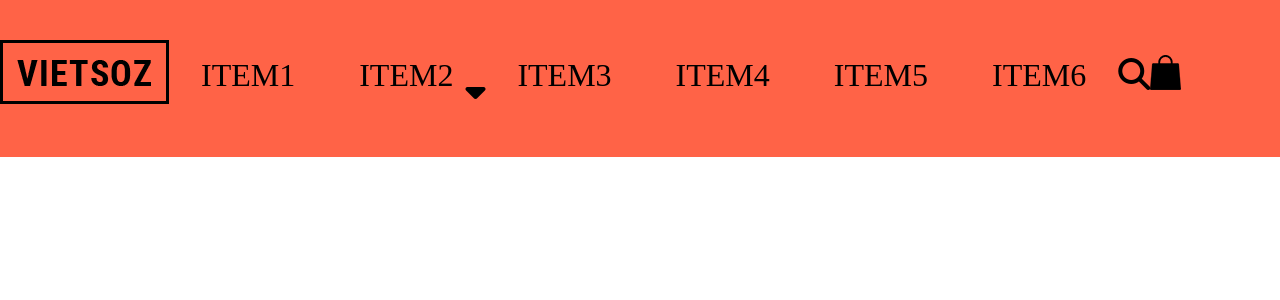
Repository: Kienroro2003/Kienroro-Miscellaneous
Page: UNITOP/front-end/project/vietsoz/header.html
The author's editor kept a copy of each file at every save. The page is drawn from the files as they stood at one save, then again after the next save.
The browser window is 1280 px wide. The pictures show the whole page.
The style sheet was rebuilt from its Sass, Less or Tailwind sources for each picture, by a compiler version that may differ from the author's.

Above is the page before, as saved 2022-10-04 14:19:01.

After the next save:
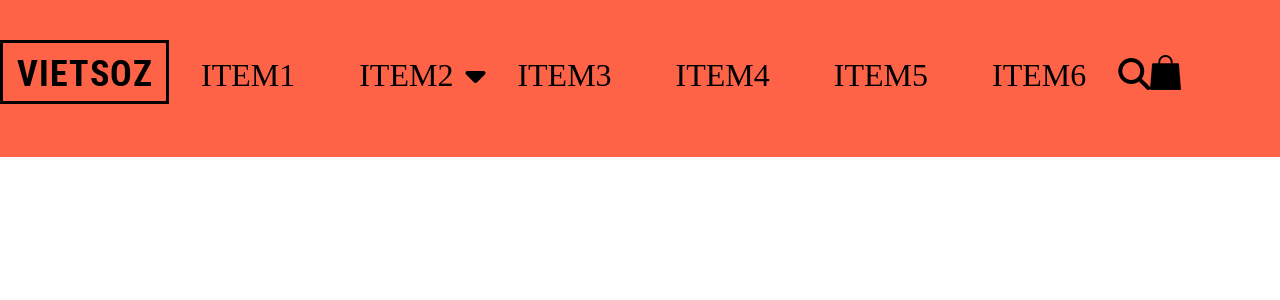
Saved 4 s later.
--- a/UNITOP/front-end/project/vietsoz/assets/scss/header.scss
+++ b/UNITOP/front-end/project/vietsoz/assets/scss/header.scss
@@ -23,8 +23,8 @@
       font-weight: 900;
       position: absolute;
       right: 0;
-      top:50%;
-      transform: translate();
+      top: 50%;
+      transform: translateY(-50%);
     }
     // padding:
   }
